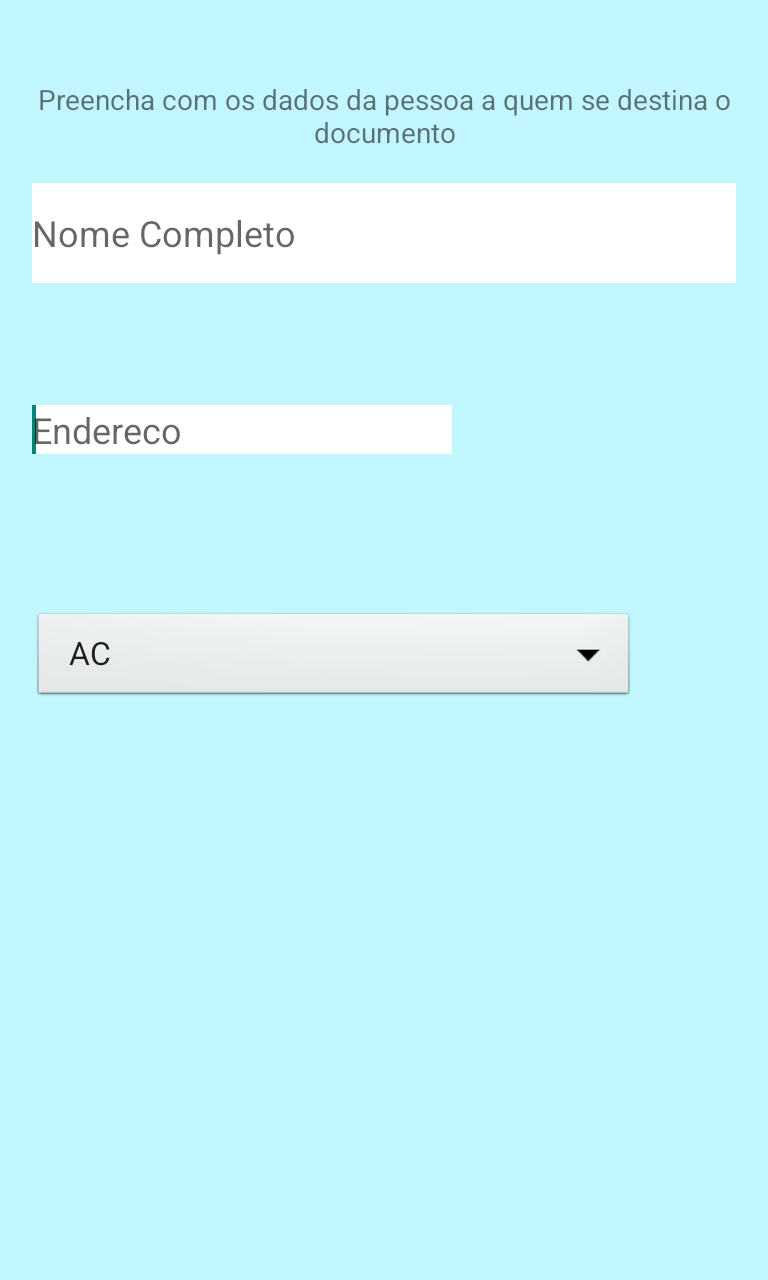
Repository: pdelfino/Projeto-livre
Layout: Protesto Livre/ProtestoLivre/res/layout/fragment_tela05.xml
These files come from the project's save history. The layout is drawn as it stood at one moment and after the next save; the edit follows.
It is drawn on a 768 x 1280 px phone screen (xhdpi) without system bars, with theme AppTheme; the app's code is not run.

Above is the layout before, as saved 2014-05-29 00:40:30.

### Protesto Livre/ProtestoLivre/res/layout/fragment_tela05.xml
<RelativeLayout xmlns:android="http://schemas.android.com/apk/res/android"
    xmlns:tools="http://schemas.android.com/tools"
    android:layout_width="match_parent"
    android:layout_height="match_parent"
    android:background="#C2F7FF"
    android:paddingBottom="@dimen/activity_vertical_margin"
    android:paddingLeft="@dimen/activity_horizontal_margin"
    android:paddingRight="@dimen/activity_horizontal_margin"
    android:paddingTop="@dimen/activity_vertical_margin"
    tools:context="br.sp.protestolivre.Tela05$PlaceholderFragment" >

    <TextView
        android:id="@+id/textView1"
        android:layout_width="wrap_content"
        android:layout_height="wrap_content"
        android:layout_alignParentTop="true"
        android:layout_centerHorizontal="true"
        android:layout_marginTop="24dp"
        android:gravity="center"
        android:text="Preencha com os dados da pessoa a quem se destina o documento" />

    <Spinner
        android:id="@+id/spinner1"
        android:layout_width="match_parent"
        android:layout_height="wrap_content"
        android:layout_alignRight="@+id/Nome"
        android:layout_alignTop="@+id/Endereco"
        android:layout_marginRight="50dp"
        android:layout_marginTop="102dp"
        android:background="@android:drawable/btn_dropdown"
        android:entries="@array/estados"
        android:spinnerMode="dropdown" />

    <EditText
        android:id="@+id/Endereco"
        android:layout_width="wrap_content"
        android:layout_height="wrap_content"
        android:layout_alignLeft="@+id/spinner1"
        android:layout_below="@+id/Nome"
        android:layout_marginTop="61dp"
        android:background="#ffffff"
        android:ems="10"
        android:hint="Endereco" >

        <requestFocus />
    </EditText>

    <EditText
        android:id="@+id/Nome"
        android:layout_width="wrap_content"
        android:layout_height="50"
        android:layout_alignLeft="@+id/textView1"
        android:layout_alignRight="@+id/textView1"
        android:layout_below="@+id/textView1"
        android:layout_marginTop="16dp"
        android:background="#ffffff"
        android:ems="10"
        android:hint="Nome Completo"
        android:inputType="textPersonName" />

</RelativeLayout>

### Protesto Livre/ProtestoLivre/res/values/strings.xml
<?xml version="1.0" encoding="utf-8"?>
<resources>

    <string name="app_name">Protesto Livre</string>
    <string name="hello_world">Hello world!</string>
    <string name="action_settings">Settings</string>
    <string name="title_activity_tela04">Tela04</string>
    <string name="title_activity_tela05">Tela05</string>
	<string-array name="estados">
        <item>AC</item>
		<item>AL</item>
		<item>AP</item>
		<item>AM</item>
		<item>BA</item>
		<item>CE</item>
		<item>DF</item>
		<item>ES</item>
		<item>GO</item>
		<item>MA</item>
		<item>MT</item>
		<item>MS</item>
		<item>MG</item>
		<item>PA</item>
		<item>PB</item>
		<item>PR</item>
		<item>PE</item>
		<item>PI</item>
		<item>RJ</item>
		<item>RN</item>
		<item>RS</item>
		<item>RO</item>
		<item>RR</item>
		<item>SC</item>
		<item>SP</item>
		<item>SE</item>
		<item>TO</item>
    </string-array>
</resources>

Loaded but not shown: Protesto Livre/ProtestoLivre/res/values/styles.xml (common file); Protesto Livre/ProtestoLivre/res/values-v11/styles.xml (common file); Protesto Livre/ProtestoLivre/res/values-v14/styles.xml (common file); Protesto Livre/ProtestoLivre/res/values/dimens.xml (common file); Protesto Livre/ProtestoLivre/res/values-w820dp/dimens.xml (common file)

After the next save:
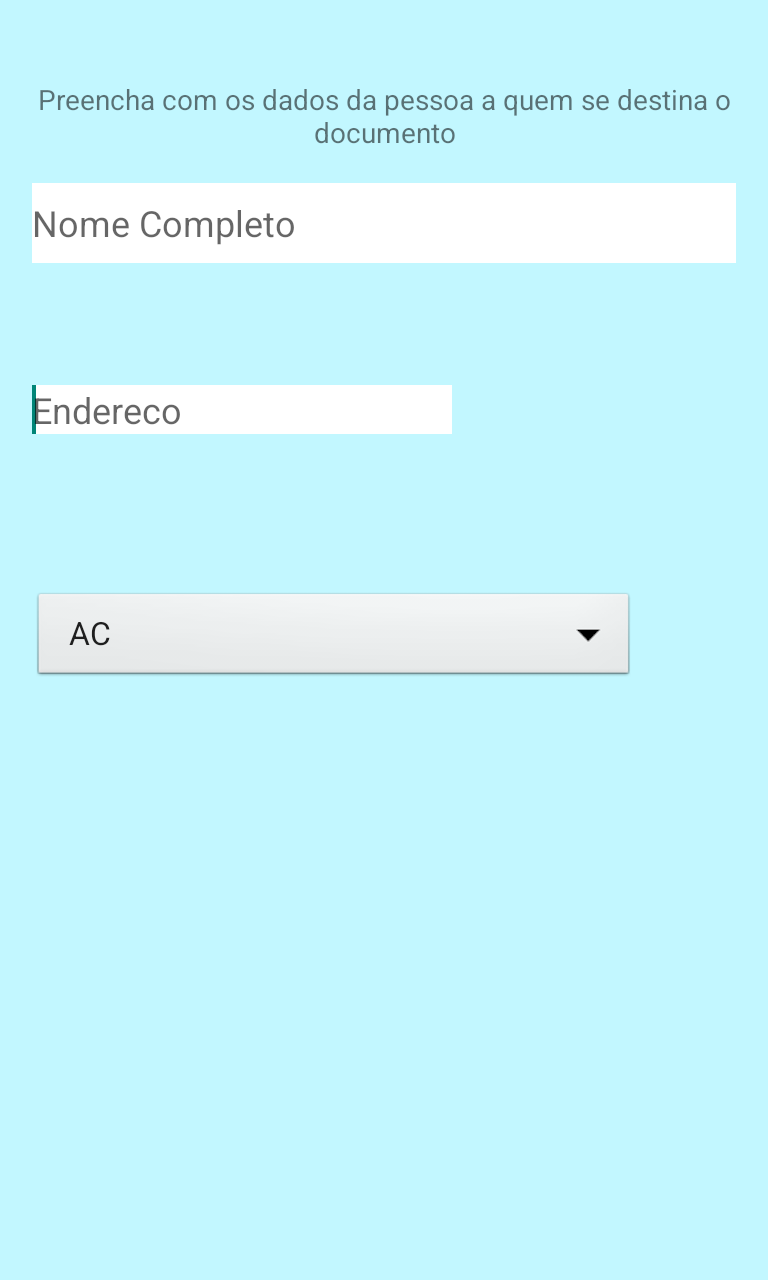
Saved 8 s later.
--- a/Protesto Livre/ProtestoLivre/res/layout/fragment_tela05.xml
+++ b/Protesto Livre/ProtestoLivre/res/layout/fragment_tela05.xml
@@ -48,7 +48,7 @@
     <EditText
         android:id="@+id/Nome"
         android:layout_width="wrap_content"
-        android:layout_height="50"
+        android:layout_height="40"
         android:layout_alignLeft="@+id/textView1"
         android:layout_alignRight="@+id/textView1"
         android:layout_below="@+id/textView1"
